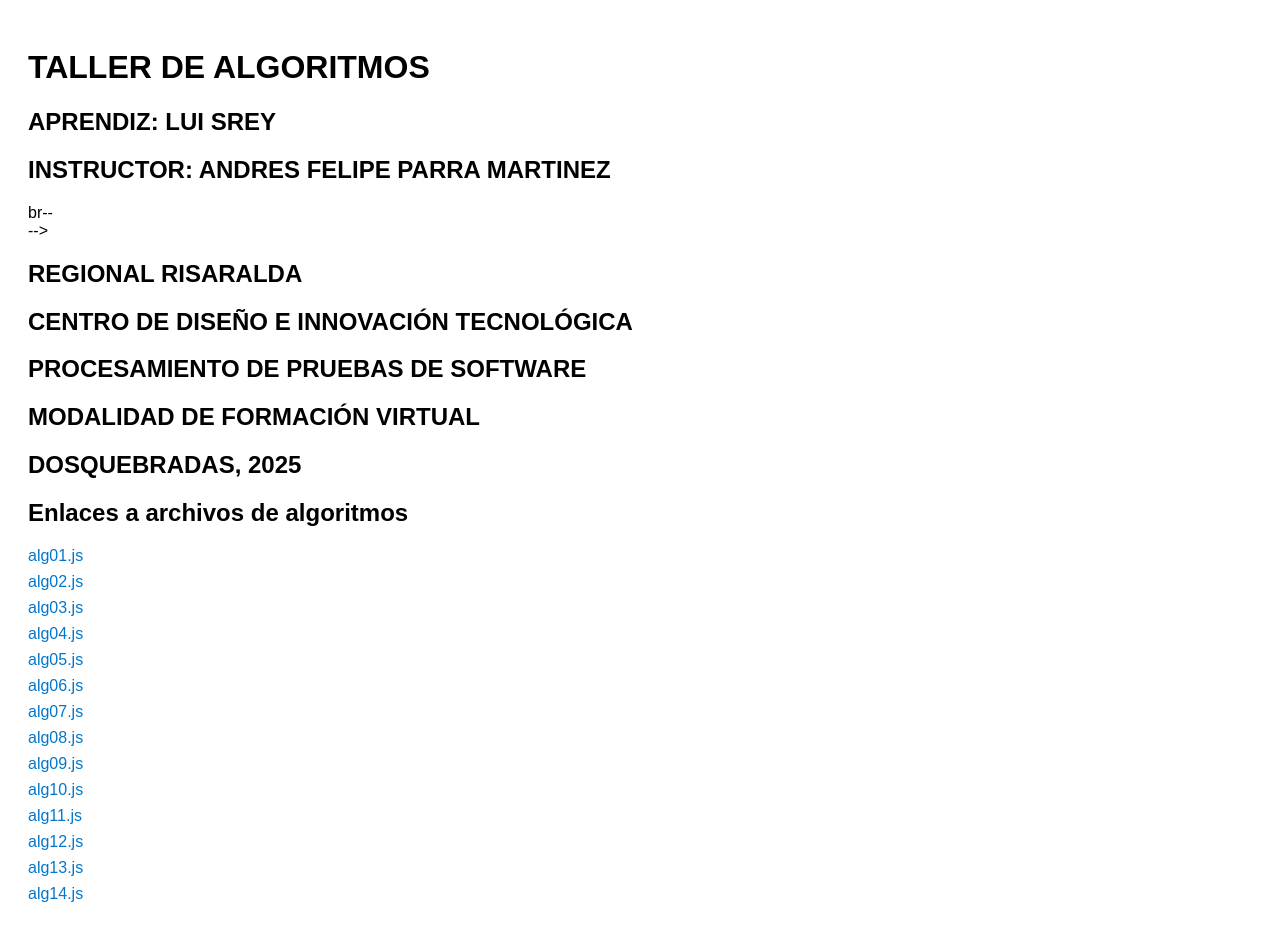
Repository: rlhardrock/SENATallerAlgoritmos01
Page: algoritmo.html
These files come from the project's save history. The page is drawn as it stood at one moment and after a run of saves; the edit follows.
The browser window is 1280 px wide. The pictures show the whole page.

Above is the page before, as saved 2025-04-23 16:17:16.

### algoritmo.html
<!DOCTYPE html>
<html lang="es">
<head>
  <meta charset="UTF-8">
  <title>Portada y Enlaces a Algoritmos</title>
  <style>
    body {
      font-family: Arial, sans-serif;
      padding: 20px;
    }
    ul {
      list-style: none;
      padding-left: 0;
    }
    li {
      margin: 8px 0;
    }
    a {
      text-decoration: none;
      color: #0077cc;
    }
    a:hover {
      text-decoration: underline;
    }
  </style>
</head>
<body>

  <h1>TALLER DE ALGORITMOS</h1>
  <div>
    <h2></h2>
    <h2>APRENDIZ: LUI SREY</h2>
    <h2>INSTRUCTOR: ANDRES FELIPE PARRA MARTINEZ</h2>
  <!>br-- </br> -->
    <h2>REGIONAL RISARALDA</h2>
    <h2>CENTRO DE DISEÑO E INNOVACIÓN TECNOLÓGICA</h2>
    <h2>PROCESAMIENTO DE PRUEBAS DE SOFTWARE</h2>
    <h2>MODALIDAD DE FORMACIÓN VIRTUAL</h2>
    <h2>DOSQUEBRADAS, 2025</h2>
  </div>

  <h2>Enlaces a archivos de algoritmos</h2>
  <ul>
    <li><a href="alg01.js">alg01.js</a></li>
    <li><a href="alg02.js">alg02.js</a></li>
    <li><a href="alg03.js">alg03.js</a></li>
    <li><a href="alg04.js">alg04.js</a></li>
    <li><a href="alg05.js">alg05.js</a></li>
    <li><a href="alg06.js">alg06.js</a></li>
    <li><a href="alg07.js">alg07.js</a></li>
    <li><a href="alg08.js">alg08.js</a></li>
    <li><a href="alg09.js">alg09.js</a></li>
    <li><a href="alg10.js">alg10.js</a></li>
    <li><a href="alg11.js">alg11.js</a></li>
    <li><a href="alg12.js">alg12.js</a></li>
    <li><a href="alg13.js">alg13.js</a></li>
    <li><a href="alg14.js">alg14.js</a></li>
  </ul>

</body>
</html>

After the next 3 saves:
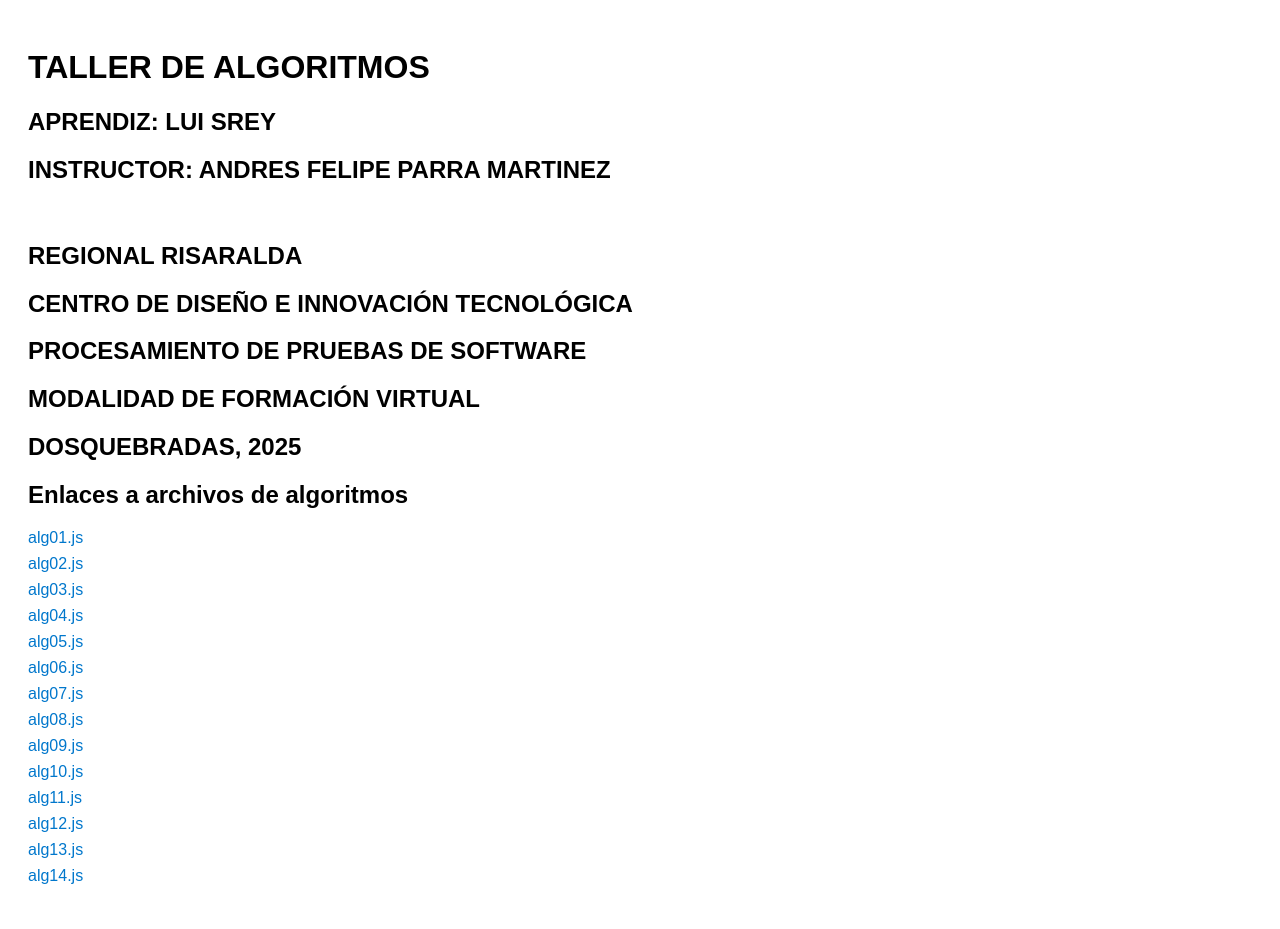
The 3 saves are shown as one change because they came seconds apart.
The last was saved 10 s later.
--- a/algoritmo.html
+++ b/algoritmo.html
@@ -31,7 +31,7 @@
     <h2></h2>
     <h2>APRENDIZ: LUI SREY</h2>
     <h2>INSTRUCTOR: ANDRES FELIPE PARRA MARTINEZ</h2>
-  <!>br-- </br> -->
+    </br>
     <h2>REGIONAL RISARALDA</h2>
     <h2>CENTRO DE DISEÑO E INNOVACIÓN TECNOLÓGICA</h2>
     <h2>PROCESAMIENTO DE PRUEBAS DE SOFTWARE</h2>
